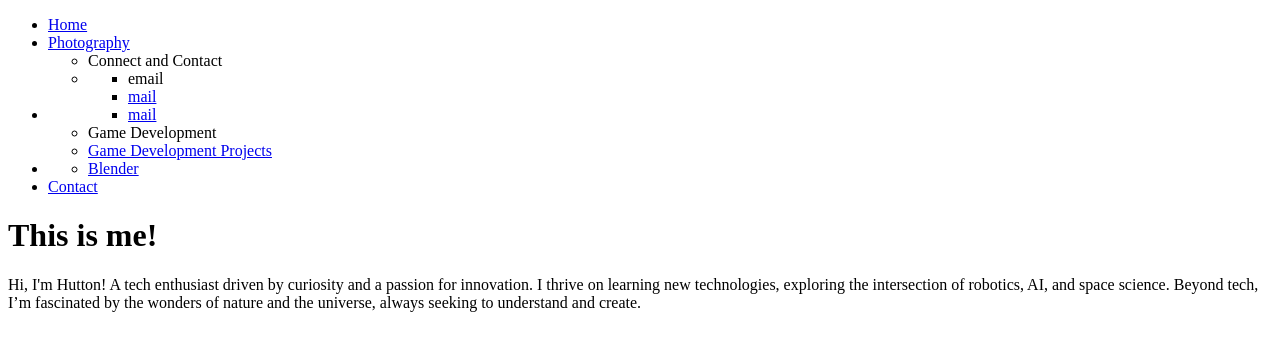
Repository: Argivist/ArgPortfolio
Page: index.html
These files come from the project's save history. The page is drawn as it stood at one moment and after the next save; the edit follows.
The browser window is 1280 px wide. The pictures show the whole page.

Above is the page before, as saved 2025-03-28 14:38:29.

After the next save:
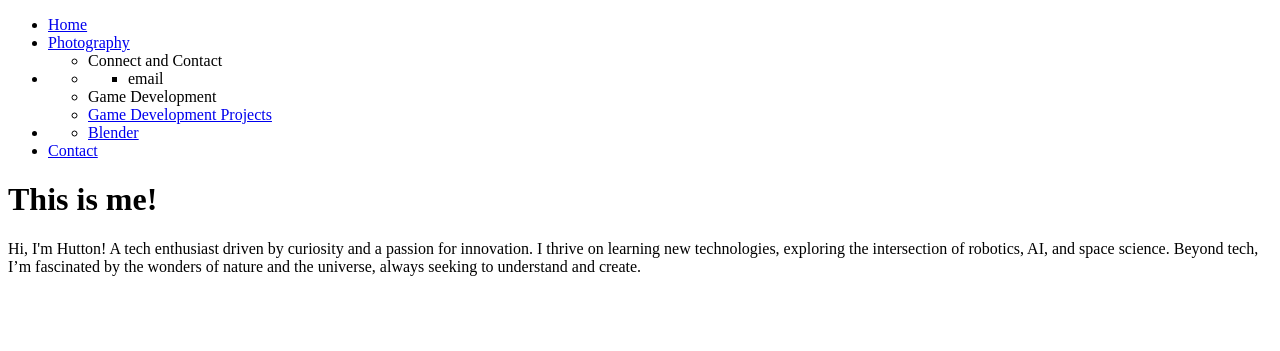
Saved 8 s later.
--- a/index.html
+++ b/index.html
@@ -24,8 +24,8 @@
                     <li>
                         <ul class="dropdownsecond">
                             <li >email</li>
-                            <li><a href="mailto:hutton.amison@ashesi.edu.gh">mail</a></li>
-                            <li><a href="mailto:huttonaaddy.public@gmail.com">mail</a></li>
+                            <li class="dropdown-content"><a href="mailto:hutton.amison@ashesi.edu.gh">mail</a></li>
+                            <li class="dropdown-content"><a href="mailto:huttonaaddy.public@gmail.com">mail</a></li>
                         </ul>
                     </li>
                 </ul>
